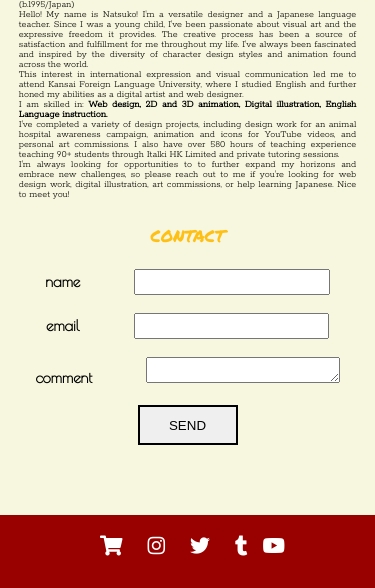
Repository: Natsuko0920/natsukohorii.github.io
Page: toppage/index.html
The author's editor kept a record of every edit. The page is drawn from the files as they stood at one moment, then again after the next edit.
The browser window is 375 px wide. The pictures show the part of the page from y = 748 to 1336 px (the page is 1336 px tall).
A picture or video elsewhere on the page could not be fetched, so the positions and the page height are approximate. Some web libraries are served in a nearby version.

Above is the page before.

After the next edit:
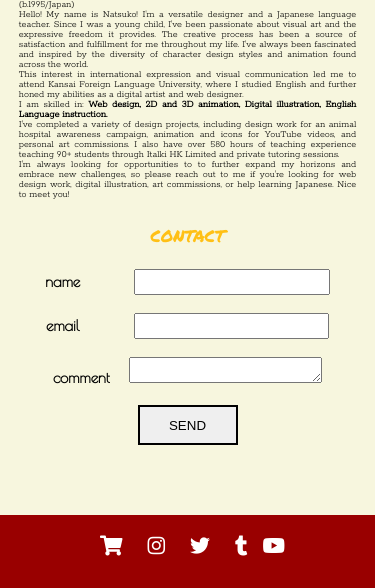
The edit:
--- a/toppage/index.css
+++ b/toppage/index.css
@@ -142,7 +142,7 @@
 }
 
 #comment{
-    margin-left:35px;
+    margin:auto;
       width:50%;
       height:20px;
 }
